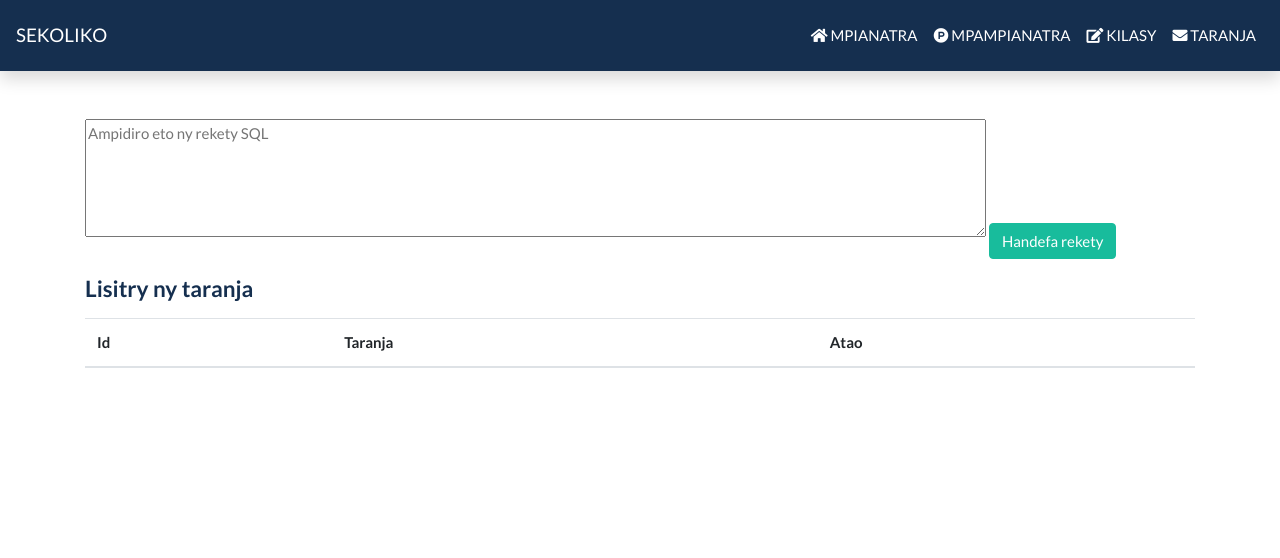
Repository: niainamahefa/j2ee-sekoliko
Page: http://localhost/Ecole/matiere
An editor plug-in stored every save of this project. The page is shown before and after the next save, followed by the edit.
The browser window is 1280 px wide. The pictures show the whole page.
The page is served by Tomcat 9. Queries for data that is not in the repository find no rows.

Above is the page before, as saved 2021-02-04 18:43:54.

After the next save:
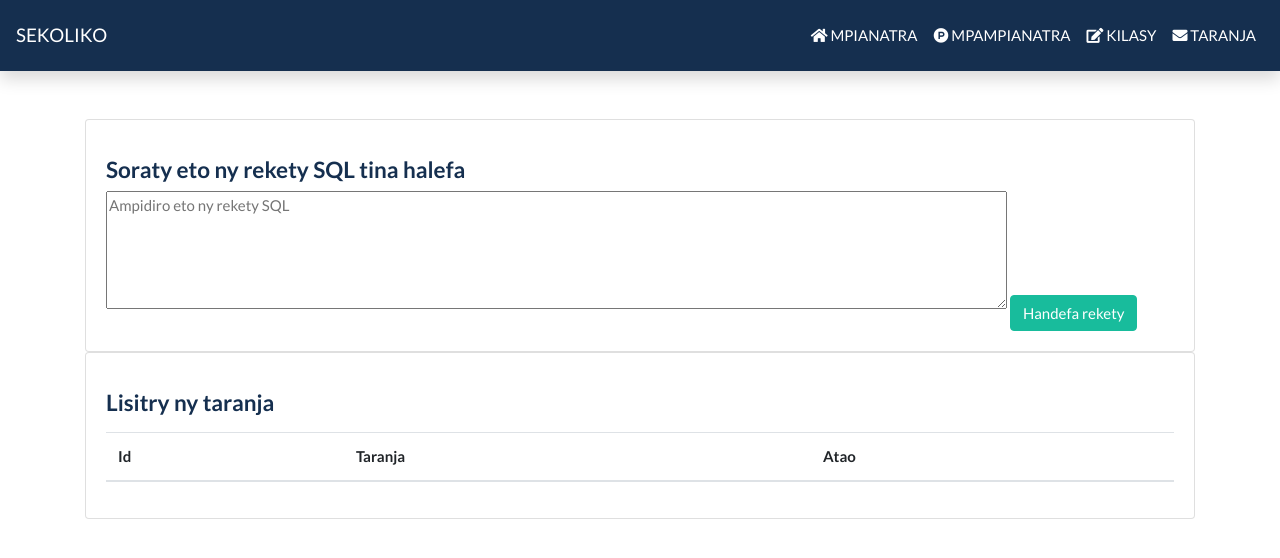
Saved 4 min 58 s later.
--- a/Ecole/WebContent/WEB-INF/matiere.jsp
+++ b/Ecole/WebContent/WEB-INF/matiere.jsp
@@ -36,11 +36,19 @@
     </nav>
 
     <div class="container mt-5">
-    	<textarea name="" id="" cols="110" rows="5" placeholder="Ampidiro eto ny rekety SQL"></textarea>
-		<button class="btn btn-success mt-3" type="submit"> Handefa rekety
-        </button>
-    	<table class="table mt-3 " id="table_charge">
-    	<h4 class="text-primary mt-3 font-weight-bold">Lisitry ny taranja </h4>
+    	<div class="card">
+    		<div class="card-body">
+    			<h4 class="text-primary mt-3 font-weight-bold">Soraty eto ny rekety SQL tina halefa </h4>
+    			<textarea name="" id="" cols="110" rows="5" placeholder="Ampidiro eto ny rekety SQL"></textarea>
+				<button class="btn btn-success mt-3" type="submit"> Handefa rekety
+		        </button>
+    		</div>
+    	</div>
+
+    	<div class="card">
+    		<div class="card-body">
+    			<table class="table mt-3 " id="table_charge">
+    			<h4 class="text-primary mt-3 font-weight-bold">Lisitry ny taranja </h4>
                     <thead>
                         <tr>
                             <th>Id</th>
@@ -61,6 +69,8 @@
                    		</c:forEach>
                     </tbody>
                 </table>
+    		</div>
+    	</div>
     </div>
 
 </body>
